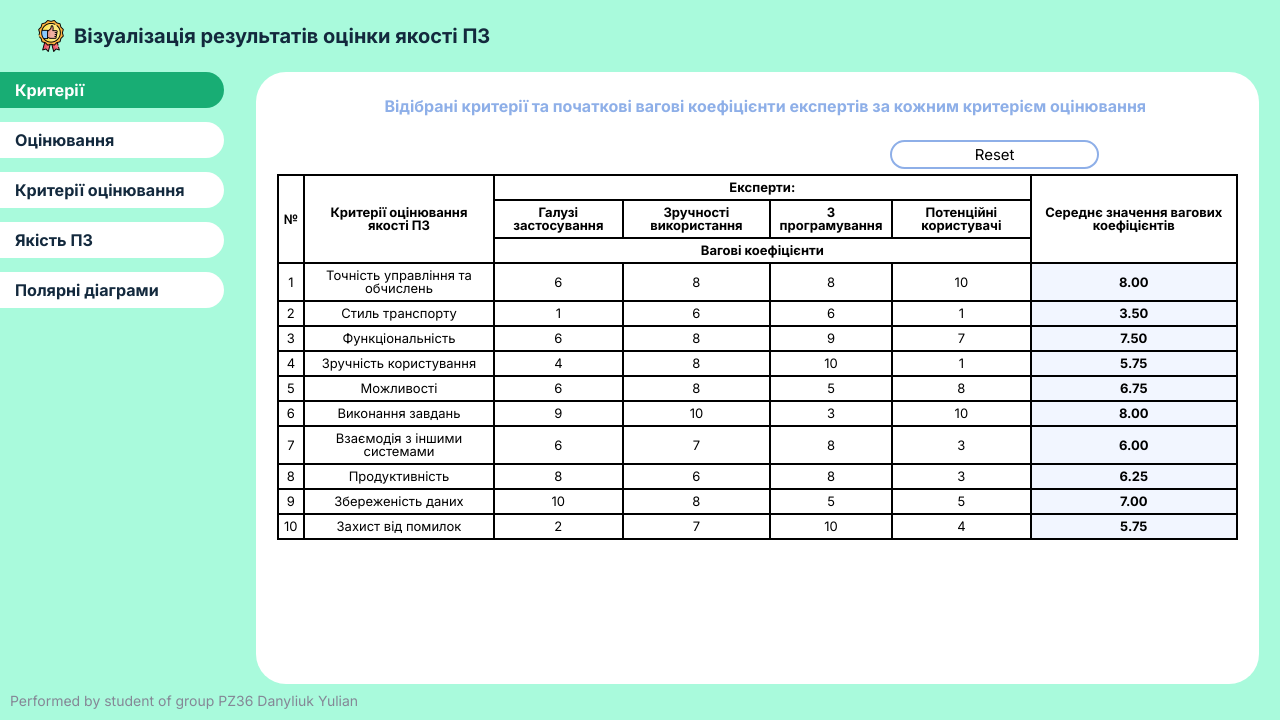
Repository: Akmitliviy/SA
Page: Lab06/lab6/Criteria.html
The author's editor kept a copy of each file at every save. The page is drawn from the files as they stood at one save, then again after the next save.
The browser window is 1280 px wide. The pictures show the whole page.

Above is the page before, as saved 2023-12-07 00:12:35.

After the next save:
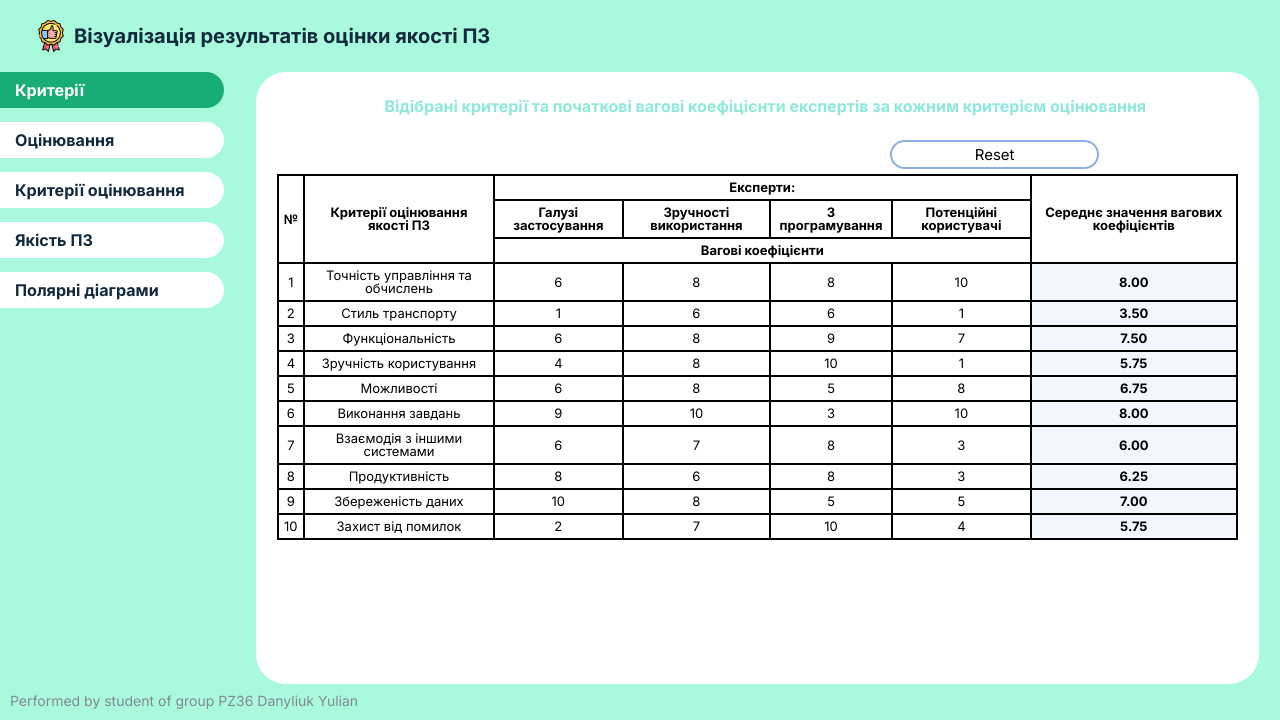
Saved 47 s later.
--- a/Lab06/lab6/css/ResultsVisualization.css
+++ b/Lab06/lab6/css/ResultsVisualization.css
@@ -176,7 +176,7 @@
   }
 
 p{
-  color: #8EAFE8;
+  color: #8ee8dc;
   font-size: 16px;
   font-weight: bold;
   padding: 5px 5px 5px 0px;
